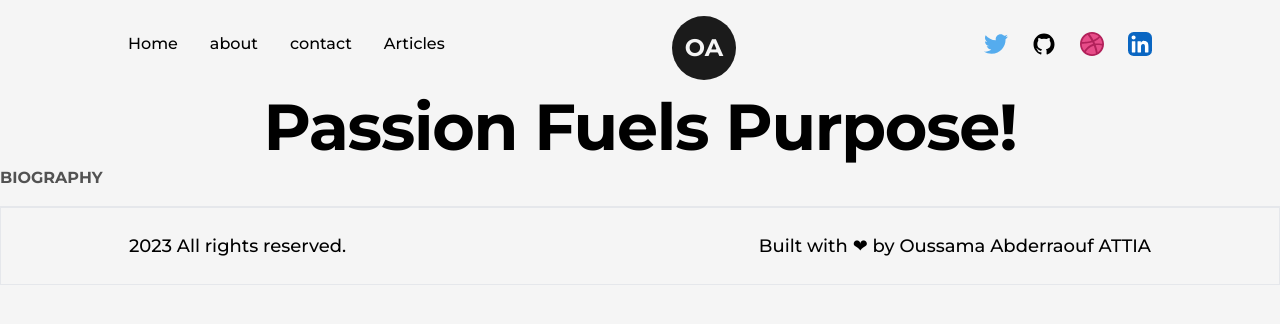
Repository: OussamaAbderraoufAttia/Next.js-Developer-Portfolio
Page: /About
An editor plug-in stored every save of this project. The page is shown before and after the next save, followed by the edit.
The browser window is 1280 px wide. The pictures show the whole page.
The project was rebuilt for these pictures with package versions that can differ from the ones it lists, and the page was loaded fresh each time. The framework's server and built-in components were replaced by stand-ins that run in the browser. Also part of the build but not shown: next.config.js, src/components/AnimatedText.js.

Above is the page before, as saved 2023-06-27 16:47:29.

After the next save:
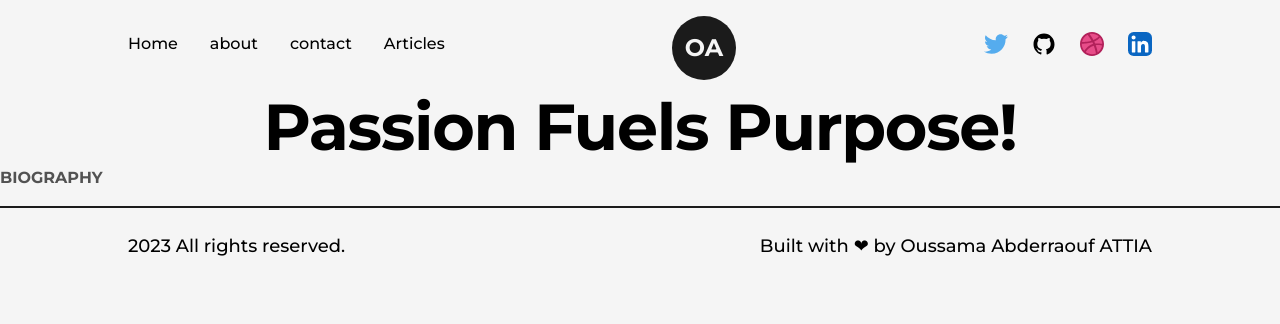
Saved 7 s later.
--- a/src/components/Footer.js
+++ b/src/components/Footer.js
@@ -5,7 +5,7 @@
 const Footer = () => {
   return (
     <div>
-      <footer className='w-full border-t-2 border border-solid
+      <footer className='w-full border-t-2  border-solid  border-dark
       font-medium text-lg
       '>
         <Layout className=' py-6 flex items-center justify-between '>
